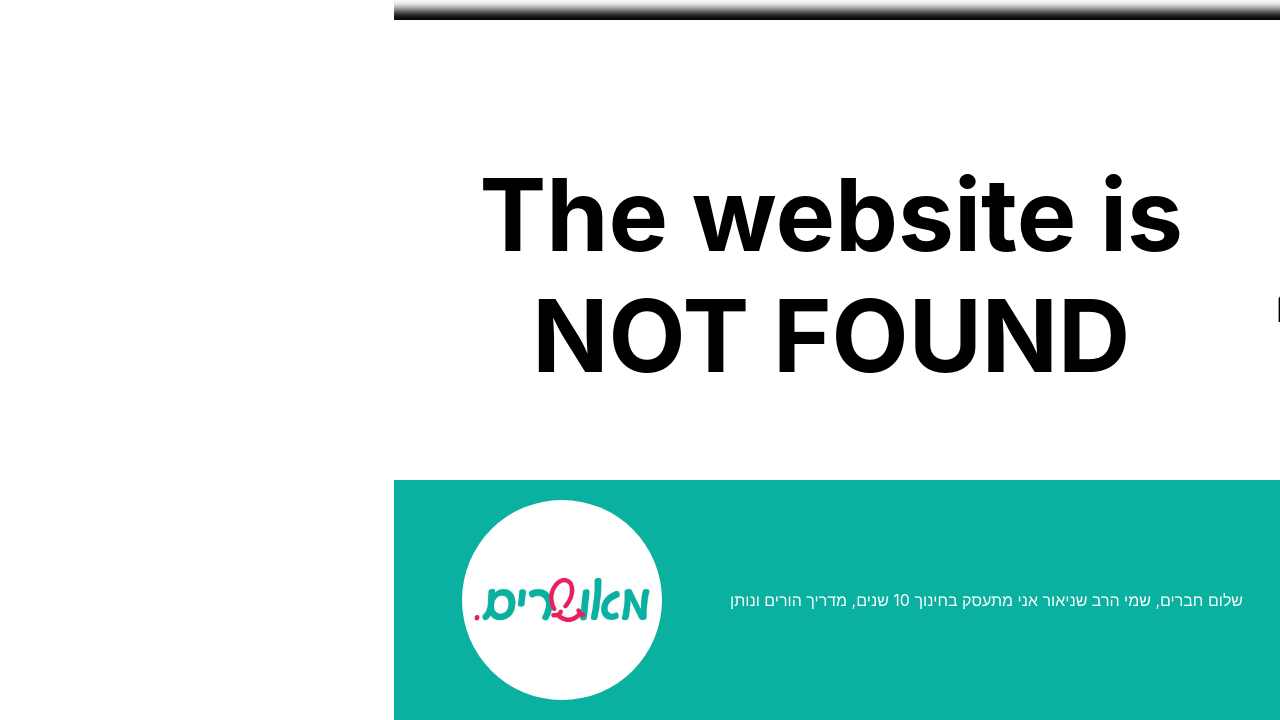
Repository: Whygal/projectmahoshrim
Page: /VideoCourses (app in client/)
The author's editor kept a copy of each file at every save. The page is drawn from the files as they stood at one save, then again after the next save.
The browser window is 1280 px wide. The pictures show the whole page.
The project was rebuilt for these pictures with package versions that can differ from the ones it lists, and the page was loaded fresh each time. Also part of the build but not shown: client/src/App.css, client/src/components/Main/Main.js, client/src/components/AskQuestion/AskQuestion.js, client/src/components/VideoCorses/VideoCorses.js, client/src/components/Contact/Contact.js, client/src/components/About/About.js, client/src/components/Login/Login.js, client/src/components/Register/Register.js and 4 more. Imported but missing from the stored project, and not drawn on this page: client/src/components/Tips/Tips.

Above is the page before, as saved 2023-02-19 20:39:58.

### client/public/index.html
<!DOCTYPE html>
<html lang="en" dir="rtl">
  <head>
    <meta charset="utf-8" />
    <link rel="icon" href="%PUBLIC_URL%/favicon.ico" />
    <meta name="viewport" content="width=device-width, initial-scale=1" />
    <meta name="theme-color" content="#000000" />
    <meta
      name="description"
      content="Web site created using create-react-app"
    />
    <link rel="apple-touch-icon" href="%PUBLIC_URL%/logo192.png" />
    <!--
      manifest.json provides metadata used when your web app is installed on a
      user's mobile device or desktop. See https://developers.google.com/web/fundamentals/web-app-manifest/
    -->
    <!-- <link rel="manifest" href="%PUBLIC_URL%/manifest.json" /> -->
    <!--
      Notice the use of %PUBLIC_URL% in the tags above.
      It will be replaced with the URL of the `public` folder during the build.
      Only files inside the `public` folder can be referenced from the HTML.

      Unlike "/favicon.ico" or "favicon.ico", "%PUBLIC_URL%/favicon.ico" will
      work correctly both with client-side routing and a non-root public URL.
      Learn how to configure a non-root public URL by running `npm run build`.
    -->
    <title>React App</title>
  </head>
  <body>
    <noscript>You need to enable JavaScript to run this app.</noscript>
    <div id="root"></div>
    <!--
      This HTML file is a template.
      If you open it directly in the browser, you will see an empty page.

      You can add webfonts, meta tags, or analytics to this file.
      The build step will place the bundled scripts into the <body> tag.

      To begin the development, run `npm start` or `yarn start`.
      To create a production bundle, use `npm run build` or `yarn build`.
    -->
  </body>
</html>

### client/src/App.js
import './App.css';
// import Header from "./components/Header/Header"
import Footer from './components/Footer/Footer';
import Pages from './Views/Pages';

function App() {
  return (
    <div>
            {/* <Header /> */}
            <Pages />
            {/* <Footer /> */}
     </div>
  );
}

export default App;

### client/src/components/Footer/Footer.js
import * as React from "react";
import { Link } from 'react-router-dom';
import logo from "../../static/images/logo.jpeg";
import "./Footer.css";

const Footer = () => {
  return (
    <div className="footer">
      <h2>חייגו אלינו 050770770770</h2>
      {/* <Link to="/About">
        אודות
      </Link> */}
      <p>
          שלום חברים, שמי הרב שניאור אני מתעסק בחינוך 10 שנים, מדריך הורים ונותן
      </p>
      <img src={logo} alt="Logo" className="logo" />
    </div>
  );
};

export default Footer;

### client/src/Views/Pages.js
import React from 'react'
import {BrowserRouter ,Route, Routes} from "react-router-dom"
import Main from "../components/Main/Main"
import AskQuestion from "../components/AskQuestion/AskQuestion"
import VideoCorses from "../components/VideoCorses/VideoCorses"
import Tips from "../components/Tips/Tips"
import Contact from "../components/Contact/Contact"
import NotFound from "../components/NotFound/NotFound"
import About from '../components/About/About'
import Login from '../components/Login/Login'
import Register from '../components/Register/Register'
import AnswerQuestion from '../components/AnswerQuestion/AnswerQuestion'
import PostQuestion from '../components/PostQuestion/PostQuestion'
import UserManager from '../components/UserManager/UserManager'
import Admin from '../components/Admin/Admin'
import Footer from "../components/Footer/Footer";
import Header from "../components/Header/Header";

const Pages = () => {

  return (
            <BrowserRouter>
            <Header/>
                            <Routes>
                                    <Route path="/Login" element={<Login/>}/>
                                    <Route path="/Register" element={<Register/>}/>
                                    <Route path="/" element={<Main/>}/>
                                    <Route path="/Question" element={<AskQuestion/>}/>
                                    <Route path="/VideoCorses" element={<VideoCorses/>}/>
                                    <Route path="/Tips" element={<Tips/>}/>
                                    <Route path="/Contact" element={<Contact/>}/>
                                    <Route path="/About" element={<About/>}/>
                                    <Route path="*" element={<NotFound/>}/>

                                    <Route path='/AnswerQuestion' element={<AnswerQuestion/>}/>
                                    <Route path="/postQuestion" element={<PostQuestion/>}/>

                                    <Route path="/UserManager" element={<UserManager/>}/>
                                    <Route path="/Admin" element={<Admin/>}/>
                            </Routes>
                  <Footer />
            </BrowserRouter>
  )
}

export default Pages;

### client/src/components/Footer/Footer.css
.footer{
    display: flex;
    justify-content: space-evenly;
    align-items: center;
    background-color: #0ab1a0;
    color: white;
    position: fixed;
    left: 0;
    bottom: 0;
    width: 100%;
    text-align: center;
}

.logo {
    width: 200px;
    margin-bottom: 20px;
    margin-top: 20px;
}

### client/src/components/NotFound/NotFound.js
import React from 'react'
import './style.css'

const NotFound = () => {
  return (
<div  className='not-found'>
    <h1 style={{fontSize:"200px"}}>404</h1>
    <h3 style={{fontSize:"100px"}}>The website is NOT FOUND</h3>
</div>
  )
}

export default NotFound

### client/src/components/NotFound/style.css
.not-found{
    display: flex;
    align-items: center;
    justify-content: center;
    text-align: center;
    box-shadow: 0px 0px 10px 10px;
}

### client/src/components/About/style.css
.about{
    display: flex;
    flex-wrap: wrap;
    flex-direction: column;
    align-content: center;
    text-align: center;
}
.headerAbout{
        display: flex;
        flex-direction: column;
        align-items: center;
        background-color: rgba(230,37,98,255);
        width: 100%;
        font-family: 'Amatic SC'
}
.bodyAbout{
        display: flex;
        flex-direction: column;
        align-items: center;
        text-align: center;
        background-color: rgba(6,179,163,255);
        width: 100%;
        font-family: 'Amatic SC'
}
img{
        display: flex;
        width: 20%;
        height: 20%;
        border-radius: 50%;
}

### client/src/components/Contact/style.css
.contact{
    display: flex;
    flex-direction: column;
    flex-wrap: wrap;
    align-content: center;
    background-color: rgba(6,179,163,255);
    font-family: 'Amatic SC'
}

.detail{
    display: flex;
    flex-direction: column-reverse;
    align-items: flex-start;
    font-family: 'Amatic SC'
}

a{
    color:blue
}
a:hover {
    color: magenta;
  }

  a:active {
    color: purple;
  }

Loaded but not shown: client/src/index.js (common file); client/src/index.css (common file); client/src/components/Header/Header.js (common file)

After the next save:
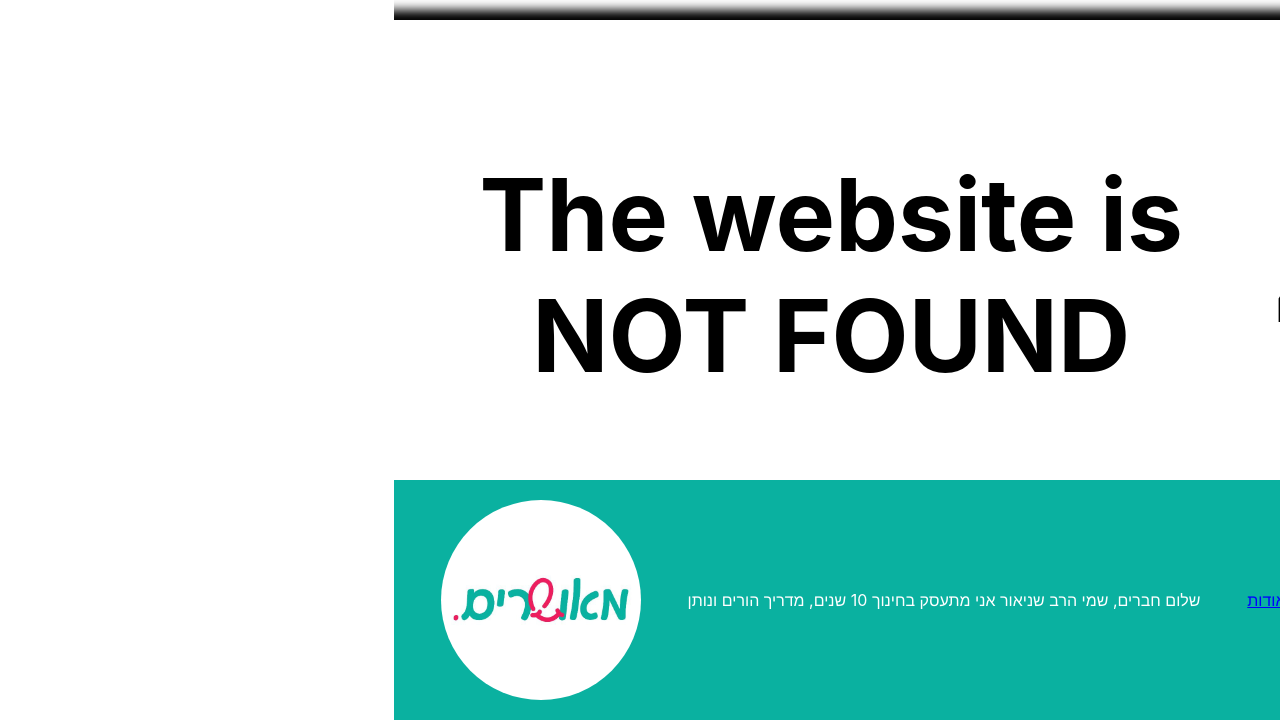
Saved 8 s later.
--- a/client/src/components/Footer/Footer.js
+++ b/client/src/components/Footer/Footer.js
@@ -7,9 +7,9 @@
   return (
     <div className="footer">
       <h2>חייגו אלינו 050770770770</h2>
-      {/* <Link to="/About">
+      <Link to="/About">
         אודות
-      </Link> */}
+      </Link>
       <p>
           שלום חברים, שמי הרב שניאור אני מתעסק בחינוך 10 שנים, מדריך הורים ונותן
       </p>
